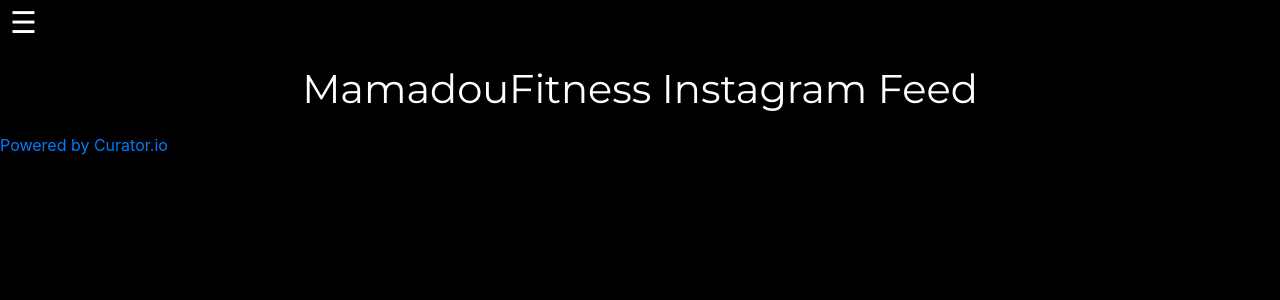
Repository: mamadont/MamadouFitnessWebsite
Page: pages-html/social-media.html
An editor plug-in stored every save of this project. The page is shown before and after the next save, followed by the edit.
The browser window is 1280 px wide. The pictures show the whole page.
Some web libraries are served in a nearby version.

Above is the page before, as saved 2020-07-12 02:15:15.

After the next save:
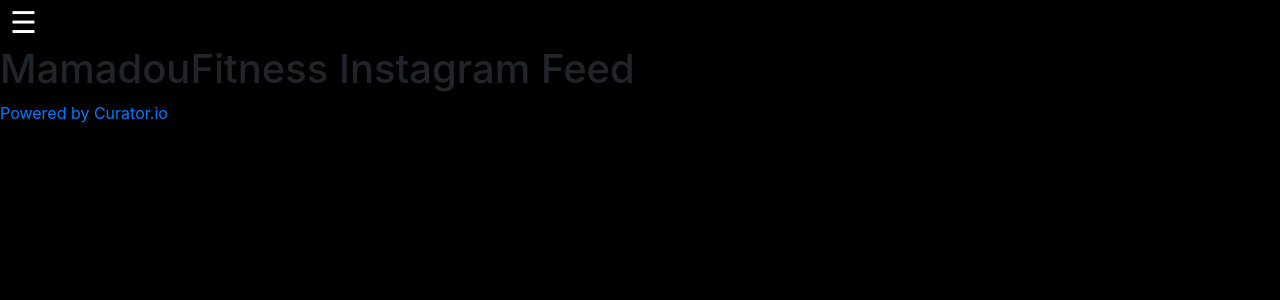
Saved 3 min 30 s later.
--- a/pages-html/social-media.html
+++ b/pages-html/social-media.html
@@ -21,7 +21,7 @@
         <!-- Hamburger Icon-->
         <span class="menu-icon" onclick="openNav()">&#9776; </span>
 
-        <h1 id="header"> MamadouFitness Instagram Feed </h1>
+        <h1 id="header animate__lightSpeedInLeft"> MamadouFitness Instagram Feed </h1>
 
         <!-- Embedding Instagram feed-->
         <div id="curator-feed-default-feed-layout"><a href="https://curator.io" target="_blank" class="crt-logo crt-tag">Powered by Curator.io</a></div>

After the 3 saves that followed:
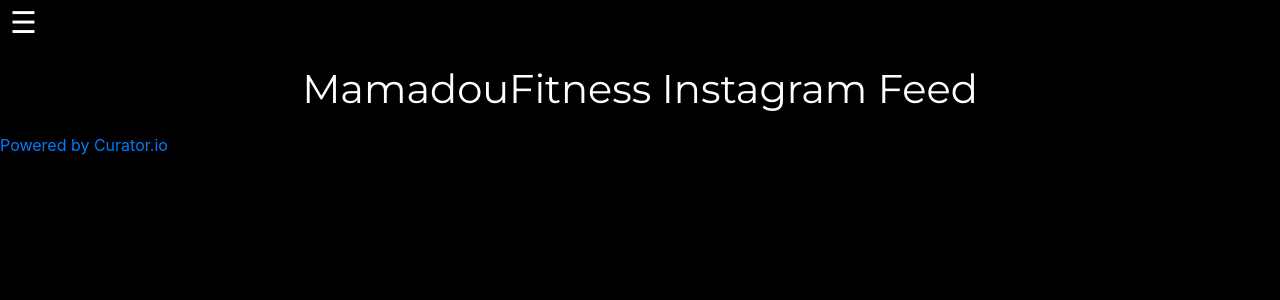
The 3 saves are shown as one change because 2 left the picture as it was.
The last was saved 80 s later.
--- a/pages-html/social-media.html
+++ b/pages-html/social-media.html
@@ -17,11 +17,11 @@
 
 <body>
     <!-- Parent container-->
-    <div id="main" class="bg animate__animated animate__slideInLeft">
+    <div id="main" class="bg ">
         <!-- Hamburger Icon-->
         <span class="menu-icon" onclick="openNav()">&#9776; </span>
 
-        <h1 id="header animate__lightSpeedInLeft"> MamadouFitness Instagram Feed </h1>
+        <h1 id="header"> MamadouFitness Instagram Feed </h1>
 
         <!-- Embedding Instagram feed-->
         <div id="curator-feed-default-feed-layout"><a href="https://curator.io" target="_blank" class="crt-logo crt-tag">Powered by Curator.io</a></div>
